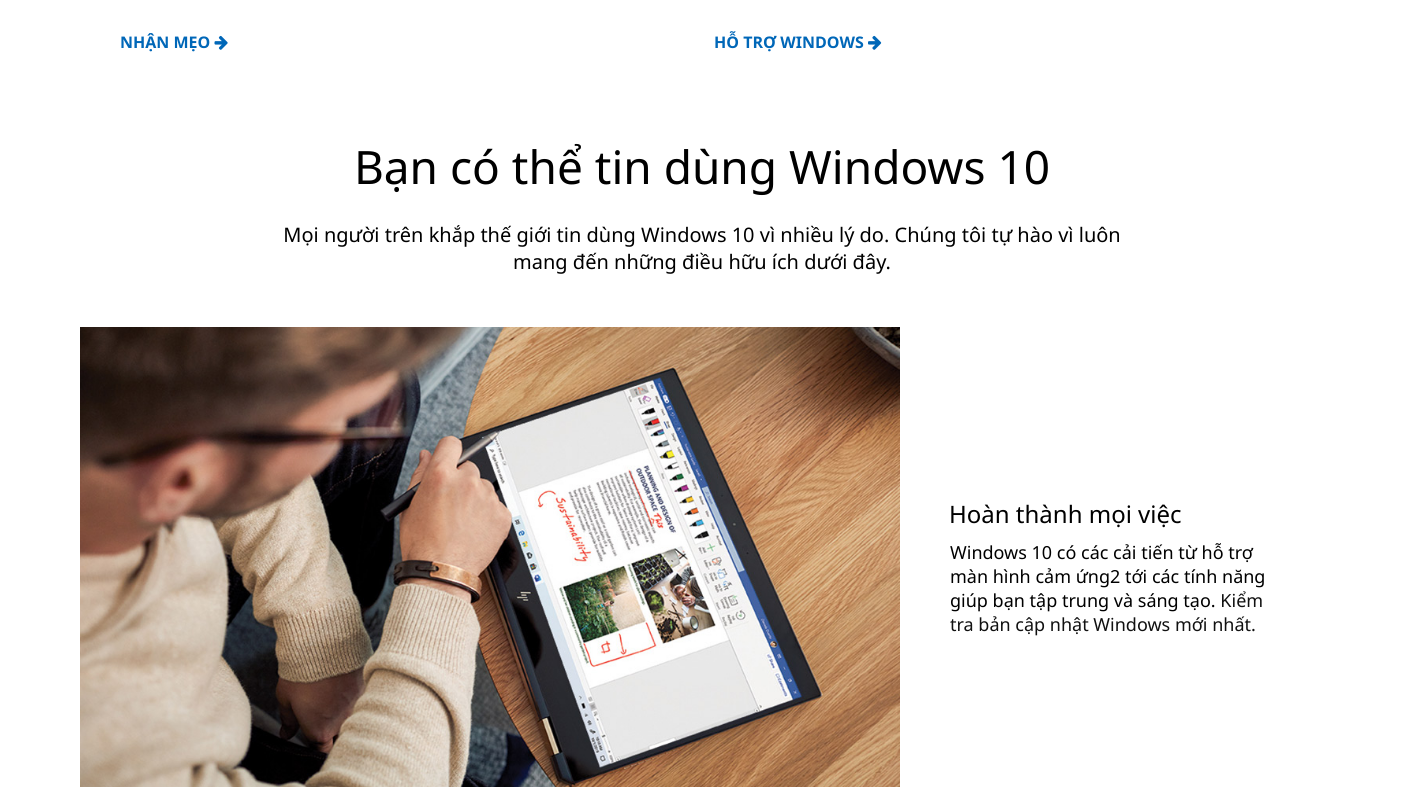
Repository: hoangphuong965/clone-Microsoft---practice
Page: index.html
These files come from the project's save history. The page is drawn as it stood at one moment and after the next save; the edit follows.
The browser window is 1280 px wide. The page is 1404 px wide, so the pictures cover 1404 px, including what lies to the right of the window. The pictures show the part of the page from y = 1331 to 2171 px (the page is 2123 px tall before and 2171 px after).

Above is the page before, as saved 2020-06-10 21:14:42.

### index.html
<!DOCTYPE html>
<html lang="en">

<head>
    <meta charset="UTF-8">
    <meta name="viewport" content="width=device-width, initial-scale=1.0">
    <link rel="stylesheet" href="https://maxcdn.bootstrapcdn.com/font-awesome/4.7.0/css/font-awesome.min.css">
    <link rel="stylesheet" href="style.css">
    <title>Khám phá HĐH Windows 10 | Microsoft</title>
</head>

<body>
    <!-- <div class="menu-btn">
        <i class="fa fa-bars" aria-hidden="true"></i>
    </div> -->
    <div class="container">

        <!-- navigation -->
        <nav class="navigation">
            <div class="navigation-left">
                <ul>
                    <div class="logo">
                        <img src="img/logo.png" alt="">
                    </div>
                    <div class="navigation-left-item">
                        <li><a href="">Windows</a></li>
                        <li class="win10">
                            <a href="">Windows 10</a>
                            <i class="fa fa-arrow-down" aria-hidden="true"></i>
                        </li>
                        <li><a href="">Ứng dụng</a></li>
                        <li><a href="">Trò chơi</a></li>
                        <li>
                            <a href="">Thêm</a>
                            <i class="fa fa-arrow-down" aria-hidden="true"></i>
                        </li>
                        <li class="buy">
                            <a href="" id="buy-win">MUA WINDOWS 10</a>
                        </li>
                    </div>
                </ul>
            </div>
            <div class="navigation-right">
                <ul>
                    <div class="navigation-right-item">
                        <li>
                            <a href="">Tất cả Microsoft</a>
                            <i class="fa fa-arrow-down" aria-hidden="true"></i>
                        </li>
                        <li>
                            <a href="">Tìm kiếm</a>
                            <i class="fa fa-search" aria-hidden="true"></i>
                        </li>
                        <li>
                            <a href="">Giỏ hàng</a>
                            <i class="fa fa-shopping-cart" aria-hidden="true"></i>
                        </li>
                        <li>
                            <a href="">Đăng nhập</a>
                            <i class="fa fa-sign-in" aria-hidden="true"></i>
                        </li>
                    </div>
                </ul>
            </div>
        </nav>
        <!-- Showcase -->
        <header class="showcase">
            <div class="showcase-text">
                <h1>Ý tưởng của bạn, Windows của bạn</h1>
                <p>Thỏa sức sáng tạo với công việc và tầm nhìn của bạn. Với Windows 10, bạn có thể làm nên những điều
                    tuyệt vời.</p>
            </div>
        </header>
        <!-- support -->
        <div class="support">
            <div class="using">
                <section class="using-img">
                    <img src="img/h1.jpg" alt="">
                </section>
                <section class="using-text">
                    <span>
                        <h1>Cách sử dụng Windows 10</h1>
                    </span>
                    <span>
                        <p>Dù bạn phải điều chỉnh lịch biểu hoặc phong cách làm việc của mình, Windows 10 đều có các
                            công cụ và tính năng để giúp bạn hoàn thành mọi việc.</p>
                    </span>
                    <span class="link">
                        <a href="#">NHẬN MẸO <i class="fa fa-arrow-right" aria-hidden="true"></i></a>
                    </span>
                </section>
            </div>
            <div class="request">
                <section class="request-img">
                    <img src="img/h2.jpg" alt="">
                </section>
                <section class="request-text">
                    <span>
                        <h1>Yêu cầu hỗ trợ</h1>
                    </span>
                    <span>
                        <p>Bạn cần hỗ trợ về Windows 10? Duyệt xem các câu hỏi thường gặp và diễn đàn hoặc liên hệ với
                            bộ
                            phận hỗ trợ khách hàng qua điện thoại hoặc tính năng trò chuyện. Yêu cầu hỗ trợ để giải
                            quyết
                            vấn đề nhanh chóng.</p>
                    </span>
                    <span class="link">
                        <a href="#">HỖ TRỢ WINDOWS <i class="fa fa-arrow-right" aria-hidden="true"></i></a>
                    </span>
                </section>
            </div>
        </div>
        <!-- feature -->
        <div class="feature">
            <div class="feature-text">
                <section>
                    <h1>Bạn có thể tin dùng Windows 10</h1>
                </section>
                <section>
                    <p>Mọi người trên khắp thế giới tin dùng Windows 10 vì nhiều lý do. Chúng tôi tự hào vì luôn mang đến những điều hữu ích dưới đây.</p>
                </section>
            </div>
            <div class="feature-1">
                <section class="feature-img-left">
                    <img src="img/h3.jpg" alt="">
                </section>
                <section class="feature-text-right">
                    <span>
                        <h2>Hoàn thành mọi việc</h2>
                    </span>
                    <span>
                        <p>Windows 10 có các cải tiến từ hỗ trợ màn hình cảm ứng2 tới các tính năng giúp bạn tập trung và sáng tạo. <a href="">Kiểm tra bản cập nhật Windows mới nhất.</a>
                        </p>
                    </span>
                </section>
            </div>
            <div class="feature-2"></div>
            <div class="feature-3"></div>
        </div>

    </div>

</body>

</html>

### style.css
* {
  margin: 0;
  padding: 0;
  box-sizing: border-box;
  font-family: "Segoe UI", SegoeUI, "Helvetica Neue", Helvetica, Arial,
    sans-serif;
}

.container {
  margin: auto;
  width: 1404px;
}

a {
  text-decoration: none;
  color: #111111;
  padding-bottom: 2px;
}
a:hover {
  border-bottom: 2px solid black;
}
/* navigation */
.navigation {
  display: flex;
  justify-content: space-between;
  margin: auto;
  width: 1250px;
  font-size: 15px;
}
.logo img {
  margin-top: 1.4rem;
  max-width: none;
  width: 108px;
}
.navigation-right-item,
.navigation-left-item {
  display: flex;
  margin: 1rem;
}
.navigation-right-item li,
.navigation-left-item li {
  list-style: none;
  margin: 10px;
}
.navigation-right ul,
.navigation-left ul {
  display: flex;
}
.win10 {
  margin-top: 5px !important;
}
.win10::before {
  content: "|";
  margin-right: 10px;
  font-weight: bold;
  font-size: 20px;
}
.buy {
  border: 1px solid;
  border-radius: 3px;
  height: 31px;
  padding: 6px;
  margin-top: 0px !important;
  font-weight: 600;
}
#buy-win:hover {
  text-decoration: underline !important;
  border-bottom: none;
}

/* showcase */
.showcase {
  position: relative;
  width: 100%;
  height: 712px;
  background: url(img/banner1.jpg) no-repeat center center/cover;
}
.showcase-text {
  position: absolute;
  width: 25rem;
  left: 60%;
  top: 40%;
}
.showcase-text h1 {
  font-size: 40px;
  line-height: 56px;
  padding: 37px 0 3px;
  font-weight: normal;
  font-family: "Trebuchet MS", "Lucida Sans Unicode", "Lucida Grande",
    "Lucida Sans", Arial, sans-serif;
}
.showcase-text p {
  font-size: 20px;
  line-height: 24px;
  font-family: "Times New Roman", Times, serif;
}

/* support */
.support {
  display: grid;
  grid-template-columns: auto auto;
  grid-gap: 24px;
  padding: 3rem 120px;
}

.using-img img,
.request-img img {
  width: 570px;
  height: 321px;
}

.using-text,
.request-text {
  padding-top: 1.2rem;
}

.using-text p,
.request-text p {
  padding: 2rem 0;
}

.link a {
  color: #0067b8;
  font-weight: 700;
}
.link a:hover {
  text-decoration: underline;
  border-bottom: none;
}

/* feature */
.feature {
  text-align: center;
  padding: 0rem 5rem;
}
.feature h1 {
  font-size: 46px;
  font-weight: 200;
  line-height: 56px;
  padding: 37px 0 3px;
}
.feature p {
  padding: 24px 12rem 4px;
  font-weight: 200;
  font-size: 20px;
}

.feature-1 {
  display: grid;
  grid-template-columns: auto auto;
  padding-top: 3rem;
}
.feature-1 img {
  width: 820px;
  height: 460px;
}
.feature-text-right{
  padding-top: 40%;
}
.feature-text-right h2 {
  text-align: left;
  font-weight: 350;
  padding-left:49px;
}
.feature-text-right p {
  padding: 10px 50px;
  text-align: left;
  font-size: 18px;
  line-height: 24px;
  font-weight: 200;
}

After the next save:
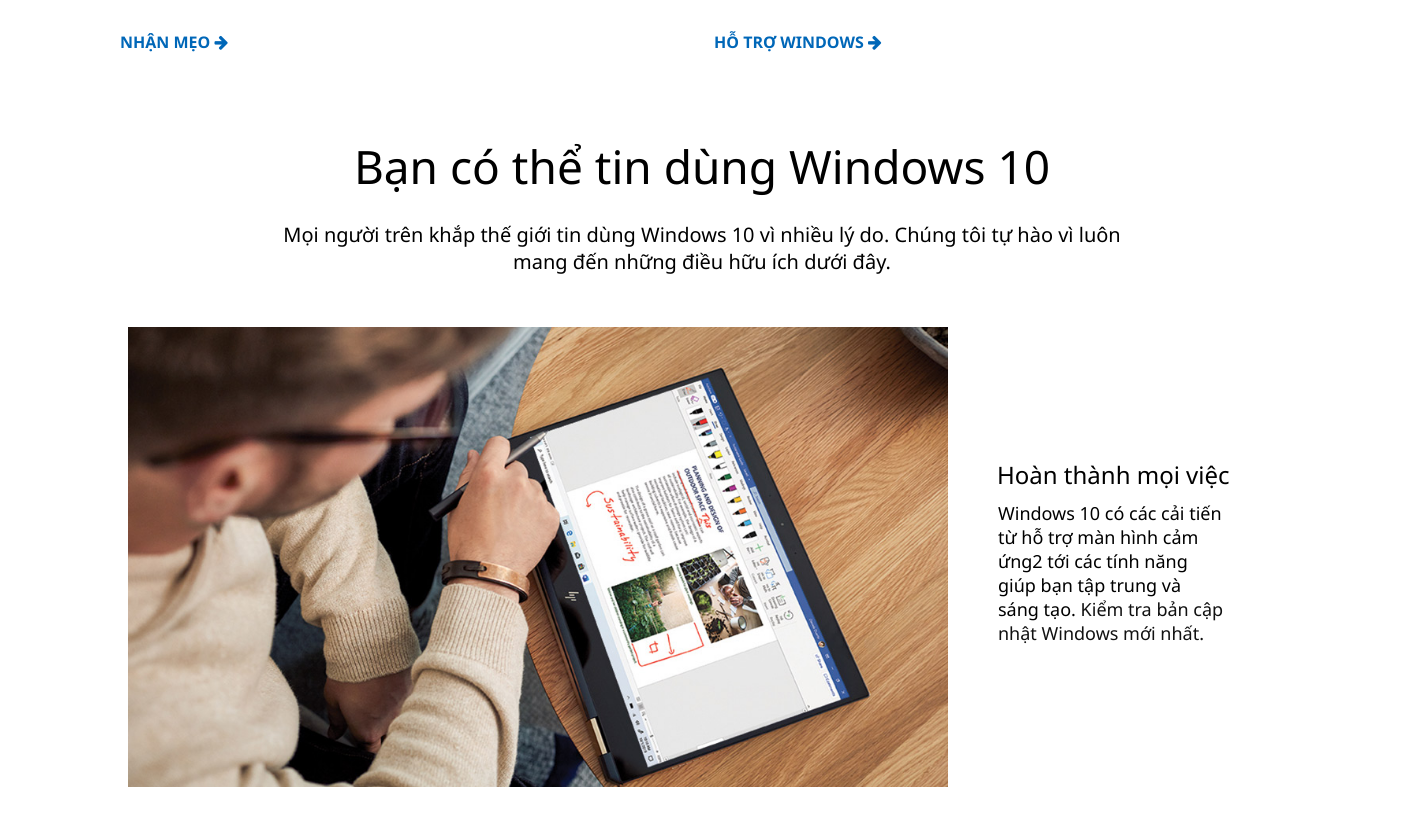
Saved 21 s later.
--- a/style.css
+++ b/style.css
@@ -148,7 +148,7 @@
 .feature-1 {
   display: grid;
   grid-template-columns: auto auto;
-  padding-top: 3rem;
+  padding: 3rem;
 }
 .feature-1 img {
   width: 820px;
